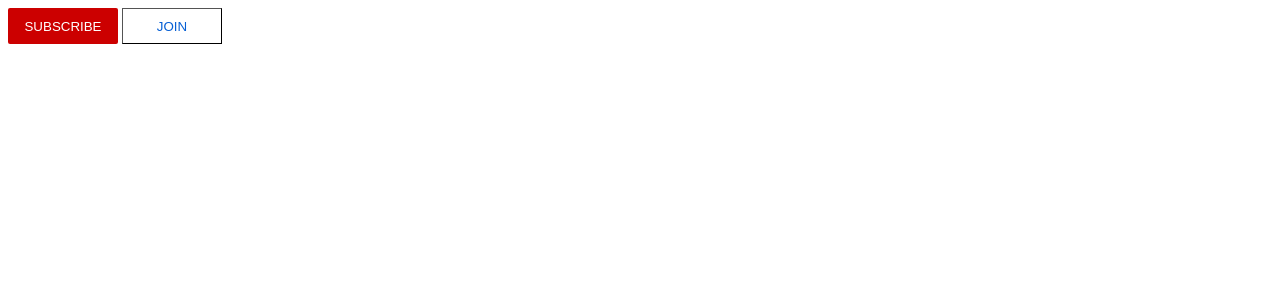
Repository: Kurumilli/Youtube
Page: buttons.html
The author's editor kept a copy of each file at every save. The page is drawn from the files as they stood at one save, then again after the next save.
The browser window is 1280 px wide. The pictures show the whole page.

Above is the page before, as saved 2025-01-23 20:07:35.

### buttons.html
<html>
<body>
<style>
.subscribe{
    background-color: rgb(204, 0, 0);
    border:none;
    color: white;
    height: 36px;
    width: 110px;
    border-radius: 2px;
    cursor: pointer;
}

.join{
background-color: white;
color: rgb(6, 95, 212);
border-width: 1px;
height:36px;
width: 100px;


}
</style>

<button class="subscribe">
    SUBSCRIBE
</button>

<button class="join">
    JOIN
</button>
</body>
</html>

After the next save:
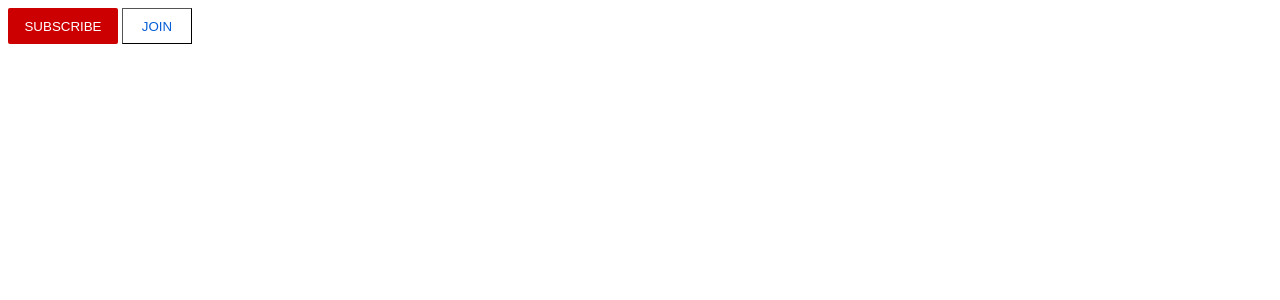
Saved 9 s later.
--- a/buttons.html
+++ b/buttons.html
@@ -16,7 +16,7 @@ background-color: white;
 color: rgb(6, 95, 212);
 border-width: 1px;
 height:36px;
-width: 100px;
+width: 70px;
 
 
 }
